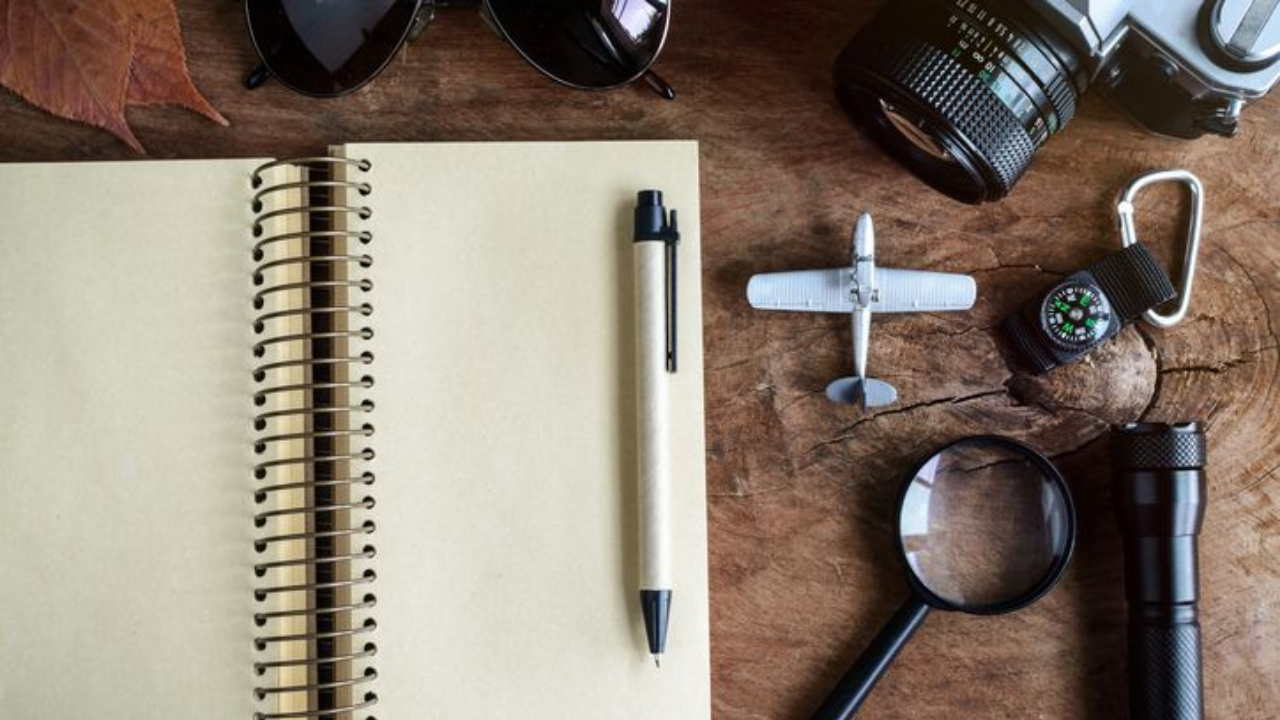
Repository: minkyung0421/jsp_travel_project
Page: http://localhost/Travel_Project/loginForm.jsp
The author's editor kept a copy of each file at every save. The page is drawn from the files as they stood at one save, then again after the next save.
The browser window is 1280 px wide. The pictures show the whole page.
The page is served by Tomcat 9.

Above is the page before, as saved 2018-08-20 01:31:46.

After the next save:
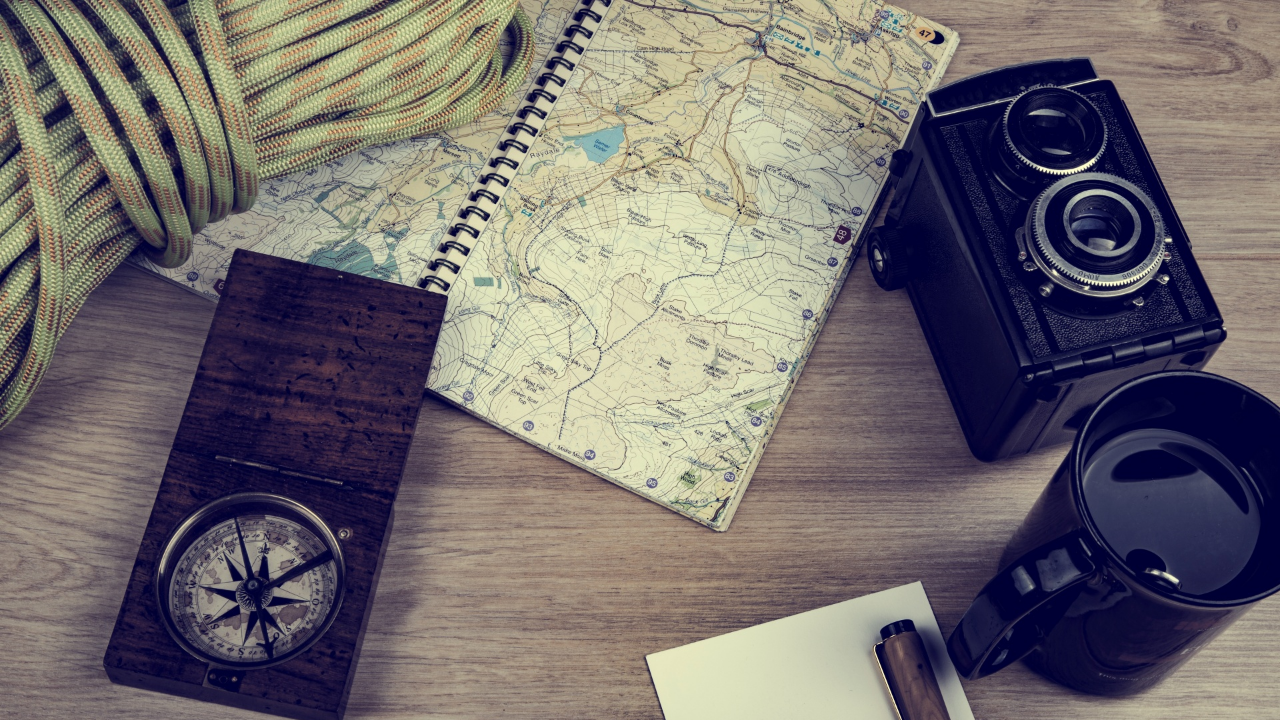
Saved 15 s later.
--- a/jsp_travel_project/Travel_Project/WebContent/loginForm.jsp
+++ b/jsp_travel_project/Travel_Project/WebContent/loginForm.jsp
@@ -8,7 +8,7 @@
 </head>
 <style>
 	body{
-		background-image: url(image/travel.jpg);
+		background-image: url(image/travel2.jpg);
 		background-repeat: no-repeat;
 		background-size: 100%;
 	}
